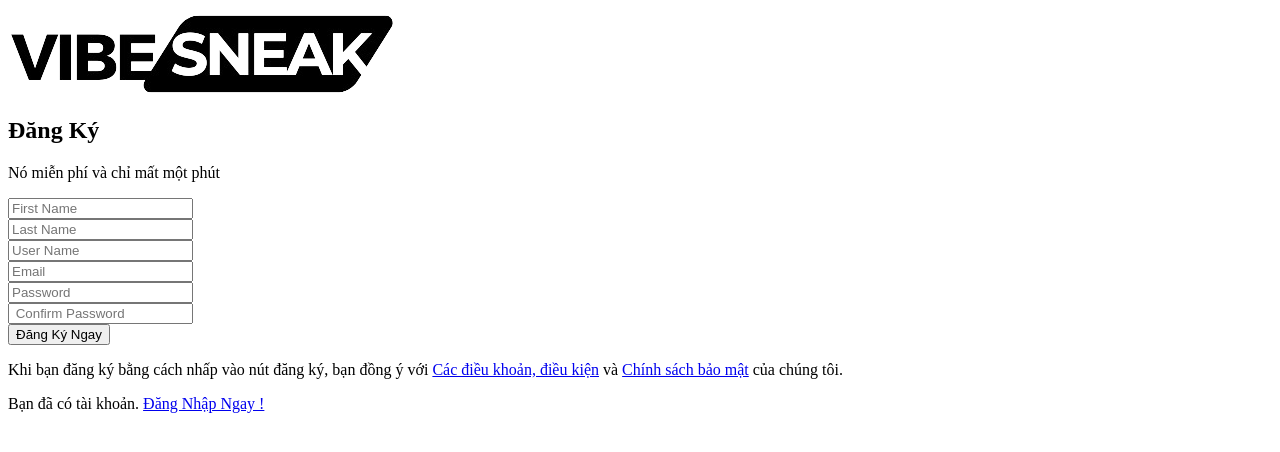
Repository: HSondev74/website-ban-giay
Page: http://localhost/BanGiay/pages/LogUp.php
An editor plug-in stored every save of this project. The page is shown before and after the next save, followed by the edit.
The browser window is 1280 px wide. The pictures show the whole page.
The page is run by PHP 8.4 with error messages shown; the project is at /var/www/html/.

Above is the page before, as saved 2024-02-25 13:51:14.

After the next save:
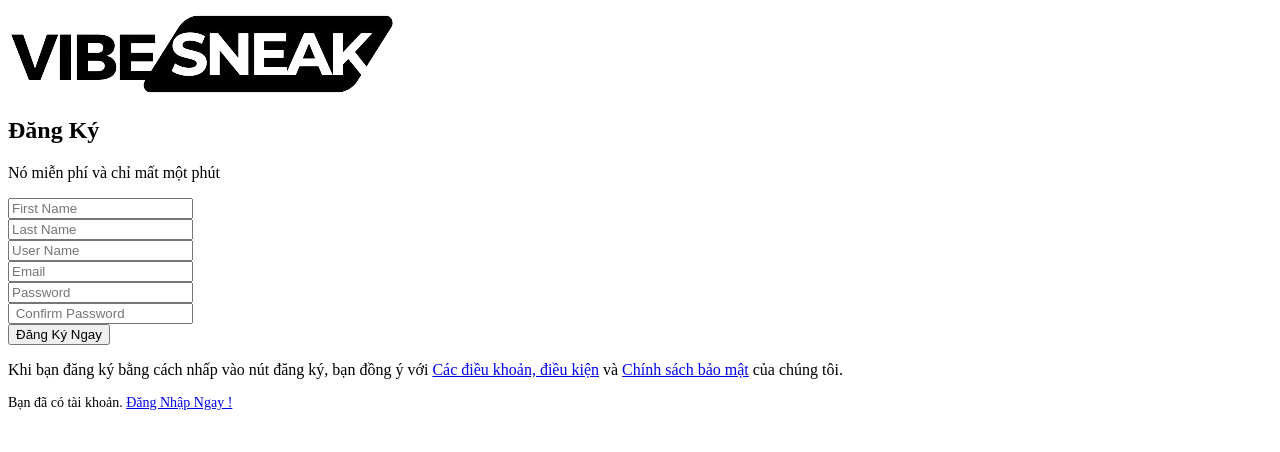
Saved 75 s later.
--- a/pages/LogUp.php
+++ b/pages/LogUp.php
@@ -58,7 +58,7 @@
                         <a href="#">Chính sách bảo mật</a> của chúng tôi.
                     </p>
 
-                    <p class="ask2 ask">
+                    <p class="ask2 ask" style="font-size: 14px;">
                         Bạn đã có tài khoản.
                         <a href="index.php?action=login">Đăng Nhập Ngay !</a>
                     </p>
